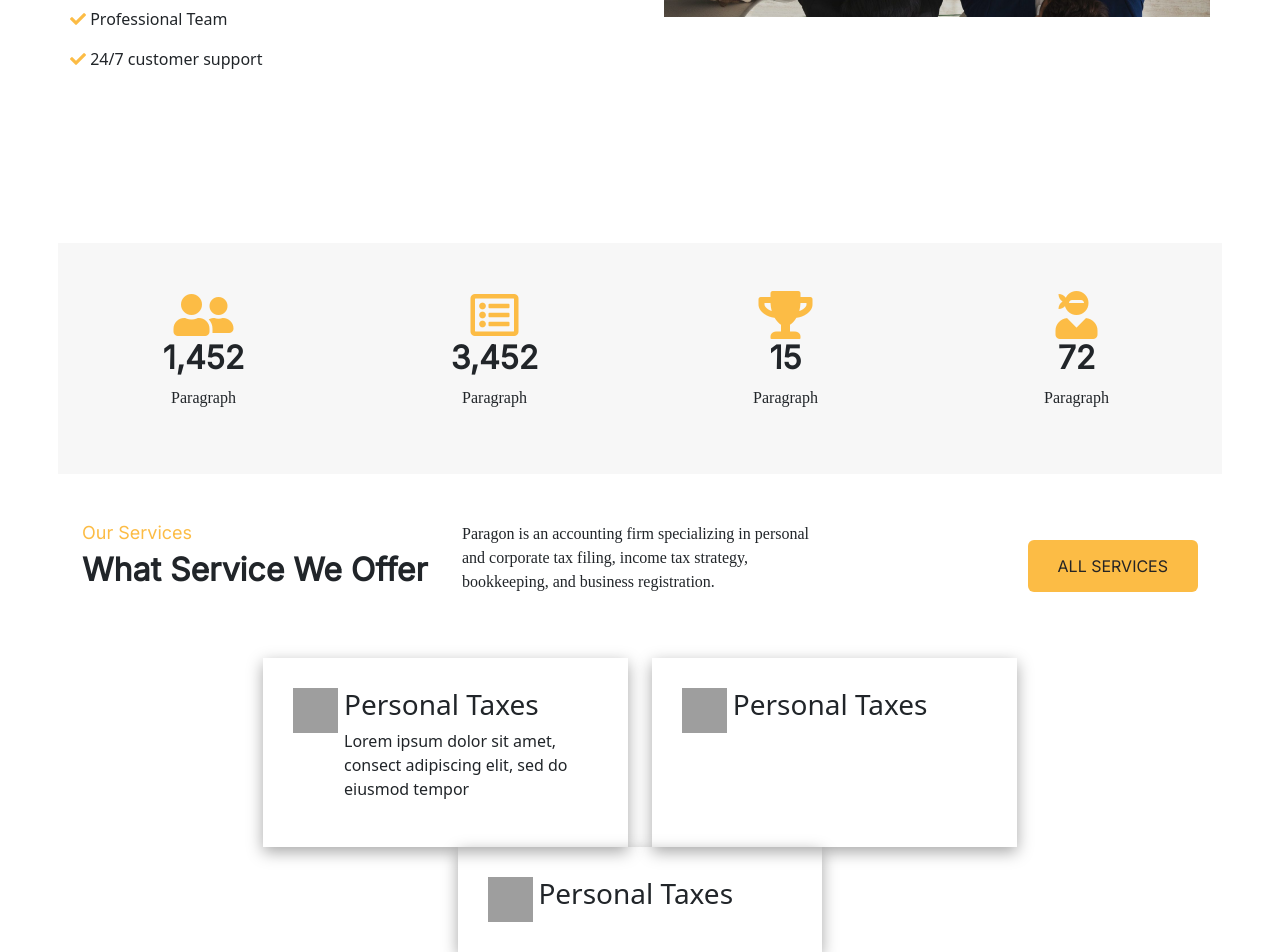
Repository: FailureMaster/paragonaccounting
Page: http://localhost/index.html
An editor plug-in stored every save of this project. The page is shown before and after the next save, followed by the edit.
The browser window is 1280 px wide. The pictures show the part of the page from y = 1390 to 2342 px (the page is 2342 px tall).
Pictures or frames that could not be fetched are drawn as grey boxes. Some web fonts or font styles are not loaded; a fallback is used. The page is run by PHP 8.4 with error messages shown; the project is at /var/www/html/.

Above is the page before, as saved 2022-12-21 00:45:29.

### index.html
<!DOCTYPE html>
<html lang="en">

<head>
    <meta charset="utf-8">
    <meta name="viewport" content="width=device-width, initial-scale=1.0, shrink-to-fit=no">
    <title>new paragon homepage</title>
    <link rel="stylesheet" href="assets/bootstrap/css/bootstrap.min.css">
    <link rel="stylesheet" href="https://fonts.googleapis.com/css?family=Heebo&amp;display=swap">
    <link rel="stylesheet" href="https://fonts.googleapis.com/css?family=Inter&amp;display=swap">
    <link rel="stylesheet" href="https://fonts.googleapis.com/css?family=Inter+Tight&amp;display=swap">
    <link rel="stylesheet" href="assets/fonts/fontawesome-all.min.css">
    <link rel="stylesheet" href="assets/css/Navbar-Centered-Links-icons.css">
    <link rel="stylesheet" href="assets/css/styles.css">
</head>

<body>
    <div class="text-white d-flex justify-content-between container position-relative" style="z-index: 3; height: 21px; padding: 10px; margin-bottom: 15px;">
        <span><i class="fas fa-clock" style="color: #FCBC45;"></i> &nbsp;Opening: Mon - Fri 08:00 - 17:00</span>
        <ul class="list-inline">
            <li class="list-inline-item"><i class="fab fa-facebook-f"></i> </li>
            <li class="list-inline-item"><i class="fab fa-twitter"></i></li>
            <li class="list-inline-item"><i class="fab fa-pinterest"></i></li>
            <li class="list-inline-item"><i class="fab fa-instagram"></i></li>
        </ul>
    </div>

    <nav class="navbar navbar-dark navbar-expand-lg" style="z-index: 2;">
        <div class="container">
            <a class="navbar-brand d-flex align-items-center" href="#"><span><img src="assets/img/paragon_logo.png" style="width: 167px;"></span></a><button data-bs-toggle="collapse" class="navbar-toggler" data-bs-target="#navcol-3"><span class="visually-hidden">Toggle navigation</span><span class="navbar-toggler-icon"></span></button>
            <div class="collapse navbar-collapse" id="navcol-3">
                <ul class="navbar-nav navbar-nav-scroll mx-auto par-header-menu">
                    <li class="nav-item"><a class="nav-link active" href="#" style="--bs-primary: #FCBC45;--bs-primary-rgb: 252,188,69;">Home</a></li>
                    <li class="nav-item"><a class="nav-link" href="#">Services</a></li>
                    <li class="nav-item"><a class="nav-link" href="#">Contact Us</a></li>
                    <li class="nav-item"><a class="nav-link" href="#">About</a></li>
                    <li class="nav-item"><a class="nav-link" href="#">Documents</a></li>
                    <li class="nav-item"><a class="nav-link" href="#">Upload Docuemnts</a></li>
                </ul><button class="btn btn-primary text-uppercase par-btn" type="button" style="border-style: none;"><i class="fas fa-phone-alt" style="font-size: 17px;"></i>&nbsp;call us</button>
            </div>
        </div>
    </nav>

    <section style="background-image: url(https://templatekit.jegtheme.com/acctual/wp-content/uploads/sites/58/2021/03/successful-business-team-looking-at-camera-in-office.jpg);background-position: center center;background-repeat: no-repeat;background-size: cover;margin-top: -140px;margin-bottom: 0px;padding: 380px 0px 250px 0px;z-index: 0;position: relative;">
        <div style="height: 100%;width: 100%;top: 0;left: 0;position: absolute;background-color: #121212;opacity: 0.70;transition: background 0.3s, border-radius 0.3s, opacity 0.3s;border-style: none;border-color: rgba(33,37,41,0);"></div>
        <div class="text-white d-flex flex-column align-items-center container position-relative">
            <h1 class="text-center par-banner-h1">We Provide Best Accounting&nbsp;</h1>
            <h1 class="text-center par-banner-h1">&amp; Tax Service For You<br></h1>
            <p class="text-center par-banner-p" style="width: 439px;">We offer a wide array of services to ensure that we provide you well-integratedfinancial solutions. We are your one-stop-shop for all financial services needs.</p>
            <div class="d-flex align-items-center hero">
                <button class="btn btn-primary par-btn text-uppercase" type="button" style="border-style: none; height: 64px; padding: 20px 40px;">get a quote</button>
                <a id="play-video" class="video-play-button" href="#">
                    <span></span>
                </a>
                <button class="btn btn-primary text-uppercase" type="button" style="background: rgba(13,110,253,0);border-style: none;">&nbsp;Watch video</button>
            </div>
        </div>
    </section>

    <section class="container" style="padding: 100px 0px 100px 0px;">
        <div class="row gx-5 gy-5 row-cols-1 row-cols-sm-1 row-cols-md-1 row-cols-lg-1 row-cols-xl-2 row-cols-xxl-2">
            <div class="col about-paragon">
                <h4 class="par-h4">About Paragon</h4>
                <h2 class="par-h2">We Have 10+ Years Of Experience In Accounting &amp; Tax Service</h2>
                <p class="par-p">Paragon is an accounting company that provides personal and corporate tax preparation, income tax planning, accounting/bookkeeping and incorporate/register a business.In tax services, we tend to take a constructive vs. reactive approach. We are able to recognize key tax preparation opportunities that minimize both the current and potential tax liabilities by staying up to date on new tax laws and regulations.</p>
                <ul>
                    <li><i aria-hidden="true" class="fas fa-check"></i> High standards of integrity</li>
                    <li><i aria-hidden="true" class="fas fa-check"></i> Best Accounting Service</li>
                    <li><i aria-hidden="true" class="fas fa-check"></i> Quality Control</li>
                    <li><i aria-hidden="true" class="fas fa-check"></i> Professional Team</li>
                    <li><i aria-hidden="true" class="fas fa-check"></i> 24/7 customer support</li>
                </ul>
            </div>
            <div class="col"><img src="assets/img/about%20image.jpg" style="width: 100%;"></div>
        </div>
    </section>
    <section class="container pt-5 pb-5">
        <div class="row gx-5 gy-0 py-5" style="background: #f7f7f7;">
            <div class="col text-center"><i class="fas fa-user-friends par-counting-icon"></i>
                <h2 class="par-h2">1,452</h2>
                <p class="par-p">Paragraph</p>
            </div>
            <div class="col text-center"><i class="far fa-list-alt par-counting-icon"></i>
                <h2 class="par-h2"><strong>3,452</strong></h2>
                <p class="par-p">Paragraph</p>
            </div>
            <div class="col text-center"><i class="fas fa-trophy par-counting-icon"></i>
                <h2 class="par-h2">15</h2>
                <p class="par-p">Paragraph</p>
            </div>
            <div class="col text-center"><i class="fas fa-user-ninja par-counting-icon"></i>
                <h2 class="par-h2">72</h2>
                <p class="par-p">Paragraph</p>
            </div>
        </div>
    </section>
    <section class="container">
        <div class="row mb-5">
            <div class="col">
                <h4 class="par-h4">Our Services</h4>
                <h2 class="par-h2">what service we offer</h2>
            </div>
            <div class="col">
                <p class="par-p">Paragon is an accounting firm specializing in personal and corporate tax filing, income tax strategy, bookkeeping, and business registration.</p>
            </div>
            <div class="col text-end align-self-center"><button class="btn btn-primary par-btn text-uppercase" type="button" style="border-style: none;">all services</button></div>
        </div>
        <div class="row justify-content-center service-offer">
            <div class="service-box">
                <div class="col-2" style="margin: 0px;">
                    <img src="https://templatekit.jegtheme.com/acctual/wp-content/uploads/sites/58/2021/03/personal.png" alt="Personal Taxes">
                </div>
                <div class="col-10">
                    <h3>Personal Taxes</h3>
                    <p>Lorem ipsum dolor sit amet, consect adipiscing elit, sed do eiusmod tempor</p>
                </div>
            </div>
            <div class="service-box">
                <div class="col-2">
                    <img src="https://templatekit.jegtheme.com/acctual/wp-content/uploads/sites/58/2021/03/personal.png" alt="Personal Taxes">
                </div>
                <div class="col-10">
                    <h3>Personal Taxes</h3>
                </div>
            </div>
            <div class="service-box">
                <div class="col-2">
                    <img src="https://templatekit.jegtheme.com/acctual/wp-content/uploads/sites/58/2021/03/personal.png" alt="Personal Taxes">
                </div>
                <div class="col-10">
                    <h3>Personal Taxes</h3>
                </div>
            </div>
        </div>
    </section>




    <script src="assets/bootstrap/js/bootstrap.min.js"></script>
</body>
</html>

### assets/css/Navbar-Centered-Links-icons.css
.bs-icon {
  --bs-icon-size: .75rem;
  display: flex;
  flex-shrink: 0;
  justify-content: center;
  align-items: center;
  font-size: var(--bs-icon-size);
  width: calc(var(--bs-icon-size) * 2);
  height: calc(var(--bs-icon-size) * 2);
  color: var(--bs-primary);
}

.bs-icon-xs {
  --bs-icon-size: 1rem;
  width: calc(var(--bs-icon-size) * 1.5);
  height: calc(var(--bs-icon-size) * 1.5);
}

.bs-icon-sm {
  --bs-icon-size: 1rem;
}

.bs-icon-md {
  --bs-icon-size: 1.5rem;
}

.bs-icon-lg {
  --bs-icon-size: 2rem;
}

.bs-icon-xl {
  --bs-icon-size: 2.5rem;
}

.bs-icon.bs-icon-primary {
  color: var(--bs-white);
  background: var(--bs-primary);
}

.bs-icon.bs-icon-primary-light {
  color: var(--bs-primary);
  background: rgba(var(--bs-primary-rgb), .2);
}

.bs-icon.bs-icon-semi-white {
  color: var(--bs-primary);
  background: rgba(255, 255, 255, .5);
}

.bs-icon.bs-icon-rounded {
  border-radius: .5rem;
}

.bs-icon.bs-icon-circle {
  border-radius: 50%;
}

### assets/css/styles.css
.par-header-menu {
  font-family: "Inter";
  font-size: 14px;
  font-weight: 500;
}

.par-header-menu a {
  padding: 0 18px;
  line-height: 1.3em;
  font-family: "Inter";
  font-size: 14px;
  font-weight: 500;
}

.par-banner-h1 {
  font-family: "Inter";
  font-size: 52px;
  font-weight: 600;
  line-height: 62.4px;
}

.par-banner-p {
  font-family: "Heebo";
  font-size: 16px;
  font-weight: 300;
  line-height: 24px;
}

.par-btn {
  color: #252425;
  background-color: #fcbc45;
  font-family: "Inter";
  font-weight: 500;
  font-size: 16px;
  padding: 14px 30px;
}

.par-h4 {
  color: #fcbc45;
  font-family: "Inter";
  font-size: 18px;
  font-weight: 500;
}

.par-h2 {
  font-family: "Inter";
  font-size: 32px;
  line-height: 38.4px;
  font-weight: 600;
  text-transform: capitalize;
}

.par-p {
  font-family: "Heebo";
  font-size: 16px;
  font-weight: 300;
  line-height: 24px;
}

.par-counting-icon {
  color: #fcbc45;
  font-size: 48px;
}

nav .container {
  background: rgb(122, 122, 122, 0.5);
  height: 84px;
  border-radius: 5px;
}

.play-video {
  height: 56px;
  width: 56px;
  align-items: center;
}

.play-video a {
  color: black;
}

.video-play-button {
  transform: translateX(-50%) translateY(-50%);
  box-sizing: content-box;
  display: inline-block;
  margin: 20px 10px 0px 60px;
  border-radius: 50%;
}

.video-play-button:before {
  content: "";
  position: absolute;
  z-index: 0;
  left: 50%;
  top: 50%;
  transform: translateX(-50%) translateY(-50%);
  display: block;
  width: 56px;
  height: 56px;
  background: gray;
  border-radius: 50%;
  animation: pulse-border 1500ms ease-out infinite;
}

.video-play-button:after {
  content: "";
  position: absolute;
  z-index: 1;
  left: 50%;
  top: 50%;
  transform: translateX(-50%) translateY(-50%);
  display: block;
  width: 56px;
  height: 56px;
  background: white;
  border-radius: 50%;
  transition: all 200ms;
}

.video-play-button:hover:after {
  background-color: #FCBC45;
}

.video-play-button img {
  position: relative;
  z-index: 3;
  max-width: 80%;
  width: auto;
  height: auto;
}

.video-play-button span {
  display: block;
  position: relative;
  z-index: 3;
  width: 0;
  height: 0;
  border-left: 18px solid black;
	border-top: 10px solid transparent;
	border-bottom: 10px solid transparent;
}

@keyframes pulse-border {
  0% {
    transform: translateX(-50%) translateY(-50%) translateZ(0) scale(1);
    opacity: 1;
  }
  100% {
    transform: translateX(-50%) translateY(-50%) translateZ(0) scale(1.5);
    opacity: 0;
  }
}

.about-paragon ul {
  padding: 0;

}

.about-paragon li {
  list-style: none;
  line-height: 2.5;
}

.about-paragon i {
  color: #FCBC45;
}

.service-offer {
  column-gap: 1.5rem;
}

.service-offer .service-box {
  width: 32%;
  padding: 30px;
  display: flex;
  box-shadow: rgba(0, 0, 0, 0.35) 0px 5px 15px;
}

.service-offer img {
  height: 45px;
  width: 45px;
}

Loaded but not shown: assets/bootstrap/css/bootstrap.min.css (library); assets/fonts/fontawesome-all.min.css (library); assets/bootstrap/js/bootstrap.min.js (library)

After the next save:
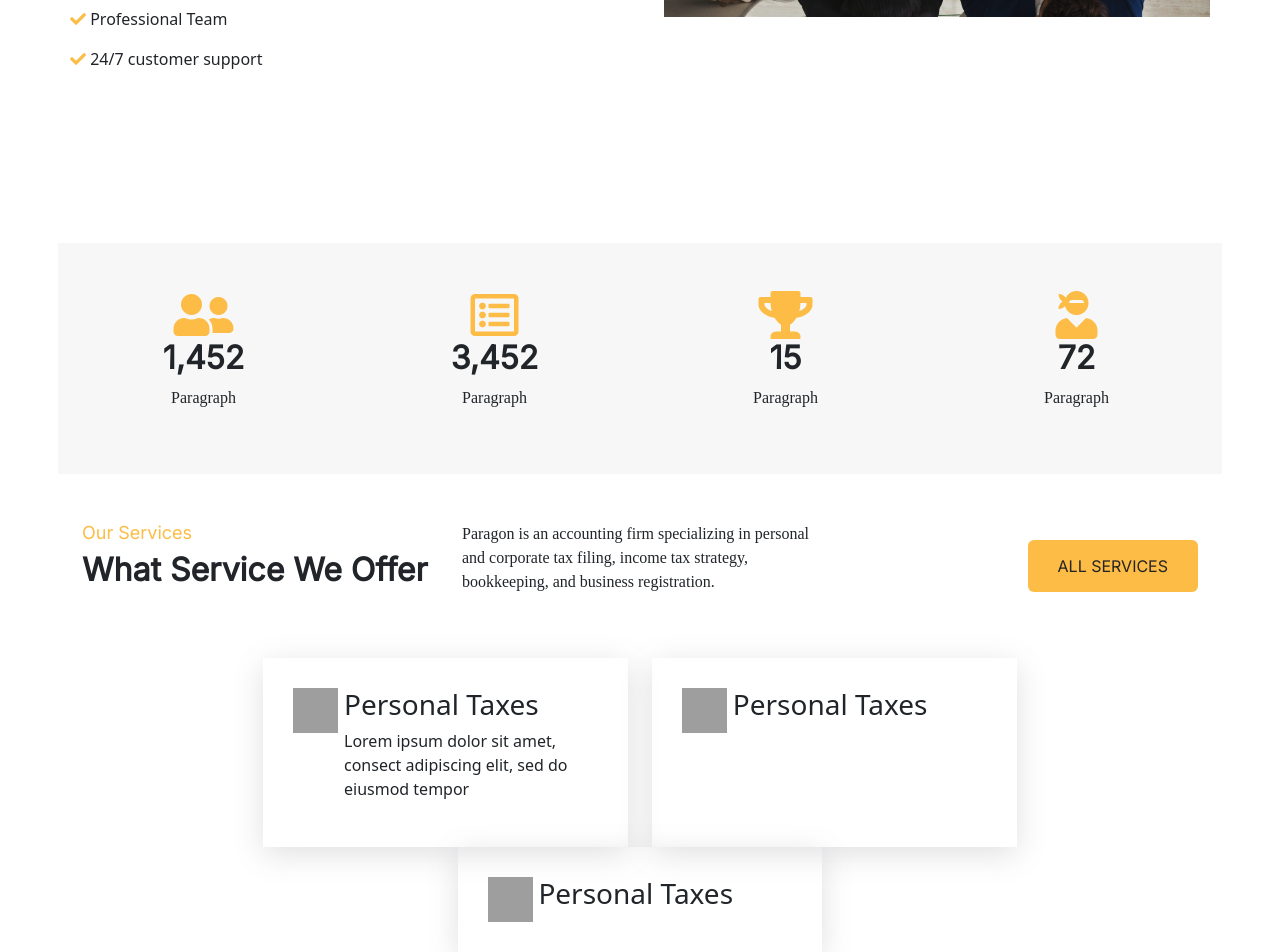
Saved 15 s later.
--- a/assets/css/styles.css
+++ b/assets/css/styles.css
@@ -172,7 +172,7 @@ nav .container {
   width: 32%;
   padding: 30px;
   display: flex;
-  box-shadow: rgba(0, 0, 0, 0.35) 0px 5px 15px;
+  box-shadow: rgba(100, 100, 111, 0.2) 0px 7px 29px 0px;
 }
 
 .service-offer img {
